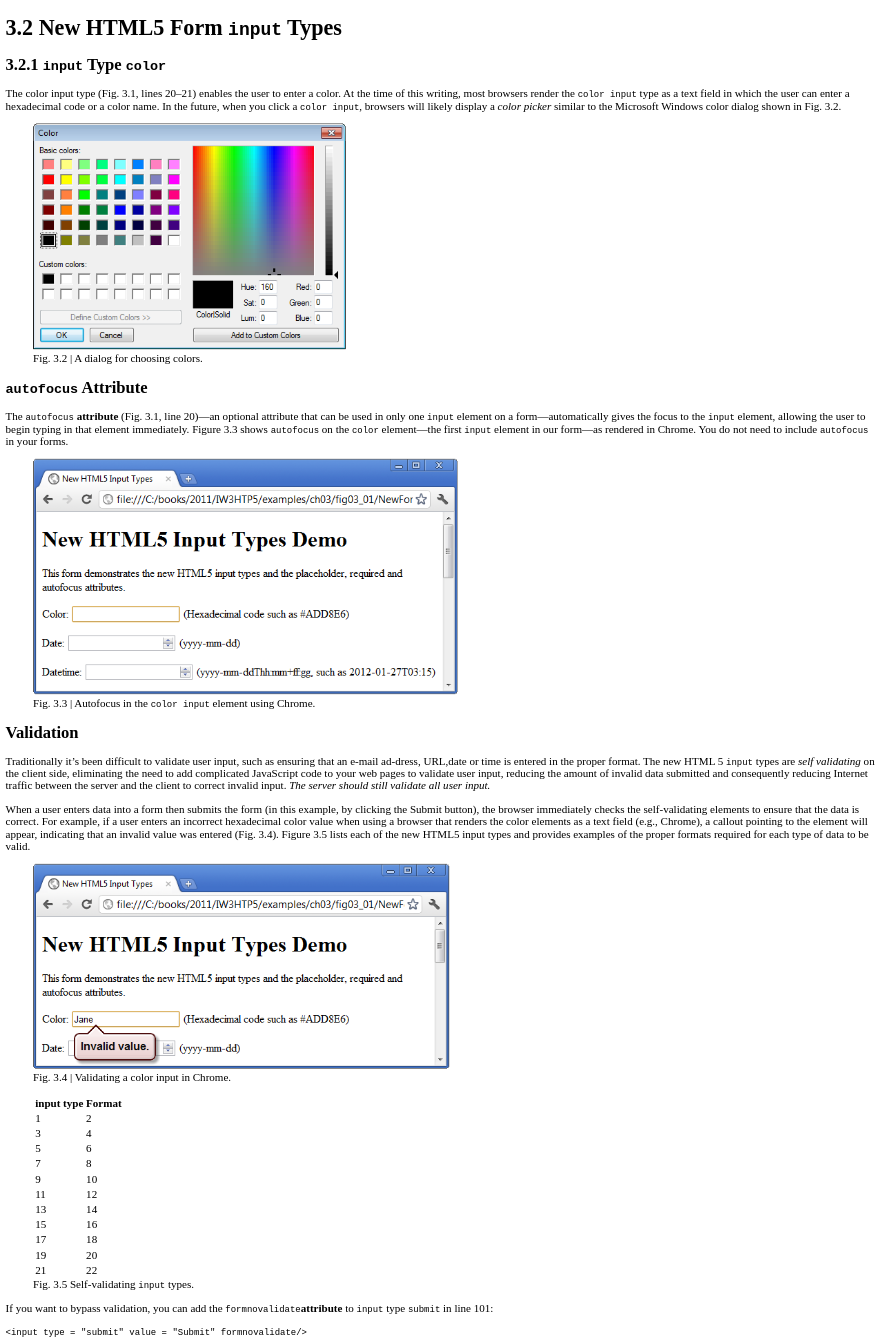
Repository: mlmEFSC21/P4-Textbook-Copy
Page: index.html
An editor plug-in stored every save of this project. The page is shown before and after the next save, followed by the edit.
The browser window is 1280 px wide. The pictures show the whole page, at 69% of full size.

Above is the page before, as saved 2022-02-03 13:10:09.

### index.html
<!DOCTYPE html>
<html lang="en">
    <head>
        <meta charset="UTF-8" />
        <meta http-equiv="X-UA-Compatible" content="IE=edge" />
        <meta name="viewport" content="width=device-width, initial-scale=1.0" />
        <title>Laying Out Book Pages</title>
    </head>
    <header>
        <h1>3.2 New HTML5 Form <code>input</code> Types</h1>
    </header>
    <body>
        <section class="color-input-type">
            <header>
                <h2>3.2.1 <code>input</code> Type <code>color</code></h2>
            </header>
            <p>
                The color input type (Fig. 3.1, lines 20–21) enables the user to enter a color. At
                the time of this writing, most browsers render the <code>color input</code> type as
                a text field in which the user can enter a hexadecimal code or a color name. In the
                future, when you click a <code>color input</code>, browsers will likely display a
                <em>color picker</em> similar to the Microsoft Windows color dialog shown in Fig.
                3.2.
            </p>
            <figure>
                <img src="images\OperaColorInput.png" alt="Microsoft Windows color dialog" />
                <figcaption>Fig. 3.2 | A dialog for choosing colors.</figcaption>
            </figure>
        </section>
        <section class="autofocus-attribute">
            <header>
                <h2><code>autofocus</code> Attribute</h2>
            </header>
            <p>
                The <code>autofocus</code> <strong>attribute</strong> (Fig. 3.1, line 20)—an
                optional attribute that can be used in only one <code>input</code> element on a
                form—automatically gives the focus to the <code>input</code> element, allowing the
                user to begin typing in that element immediately. Figure 3.3 shows
                <code>autofocus</code> on the <code>color</code> element—the first
                <code>input</code> element in our form—as rendered in Chrome. You do not need to
                include <code>autofocus</code> in your forms.
            </p>
            <figure>
                <img
                    src="images\Autofocus.png"
                    alt="web page demo of autofocus on a color input field"
                />
                <figcaption>
                    Fig. 3.3 | Autofocus in the <code>color input</code> element using Chrome.
                </figcaption>
            </figure>
        </section>
        <section class="input-validation">
            <header>
                <h2>Validation</h2>
            </header>
            <p>
                Traditionally it’s been difficult to validate user input, such as ensuring that an
                e-mail ad-dress, URL,date or time is entered in the proper format. The new HTML 5
                <code>input</code> types are <em>self validating</em> on the client side,
                eliminating the need to add complicated JavaScript code to your web pages to
                validate user input, reducing the amount of invalid data submitted and consequently
                reducing Internet traffic between the server and the client to correct invalid
                input. <em>The server should still validate all user input.</em>
            </p>
            <p>
                When a user enters data into a form then submits the form (in this example, by
                clicking the Submit button), the browser immediately checks the self-validating
                elements to ensure that the data is correct. For example, if a user enters an
                incorrect hexadecimal color value when using a browser that renders the color
                elements as a text field (e.g., Chrome), a callout pointing to the element will
                appear, indicating that an invalid value was entered (Fig. 3.4). Figure 3.5 lists
                each of the new HTML5 input types and provides examples of the proper formats
                required for each type of data to be valid.
            </p>
            <figure>
                <img
                    src="images\SelfValidationChrome.png"
                    alt="web page demo of validation preventing a non color input into a color input field"
                />
                <figcaption>Fig. 3.4 | Validating a color input in Chrome.</figcaption>
            </figure>
        </section>
        <section class="self-validating-types">
            <figure>
                <table>
                    <thead>
                        <th>input type</th>
                        <th>Format</th>
                    </thead>
                    <tr>
                        <td>1</td>
                        <td>2</td>
                    </tr>
                    <tr>
                        <td>3</td>
                        <td>4</td>
                    </tr>
                    <tr>
                        <td>5</td>
                        <td>6</td>
                    </tr>
                    <tr>
                        <td>7</td>
                        <td>8</td>
                    </tr>
                    <tr>
                        <td>9</td>
                        <td>10</td>
                    </tr>
                    <tr>
                        <td>11</td>
                        <td>12</td>
                    </tr>
                    <tr>
                        <td>13</td>
                        <td>14</td>
                    </tr>
                    <tr>
                        <td>15</td>
                        <td>16</td>
                    </tr>
                    <tr>
                        <td>17</td>
                        <td>18</td>
                    </tr>
                    <tr>
                        <td>19</td>
                        <td>20</td>
                    </tr>
                    <tr>
                        <td>21</td>
                        <td>22</td>
                    </tr>
                </table>
                <figcaption>Fig. 3.5 Self-validating <code>input</code> types.</figcaption>
            </figure>
            <aside>
                <p>
                    If you want to bypass validation, you can add the <code>formnovalidate</code
                    ><strong>attribute</strong> to <code>input</code> type <code>submit</code> in
                    line 101:
                </p>
                <div>
                    <code>&lt;input type = "submit" value = "Submit" formnovalidate/&gt;</code>
                </div>
            </aside>
        </section>
    </body>
</html>

After the next save:
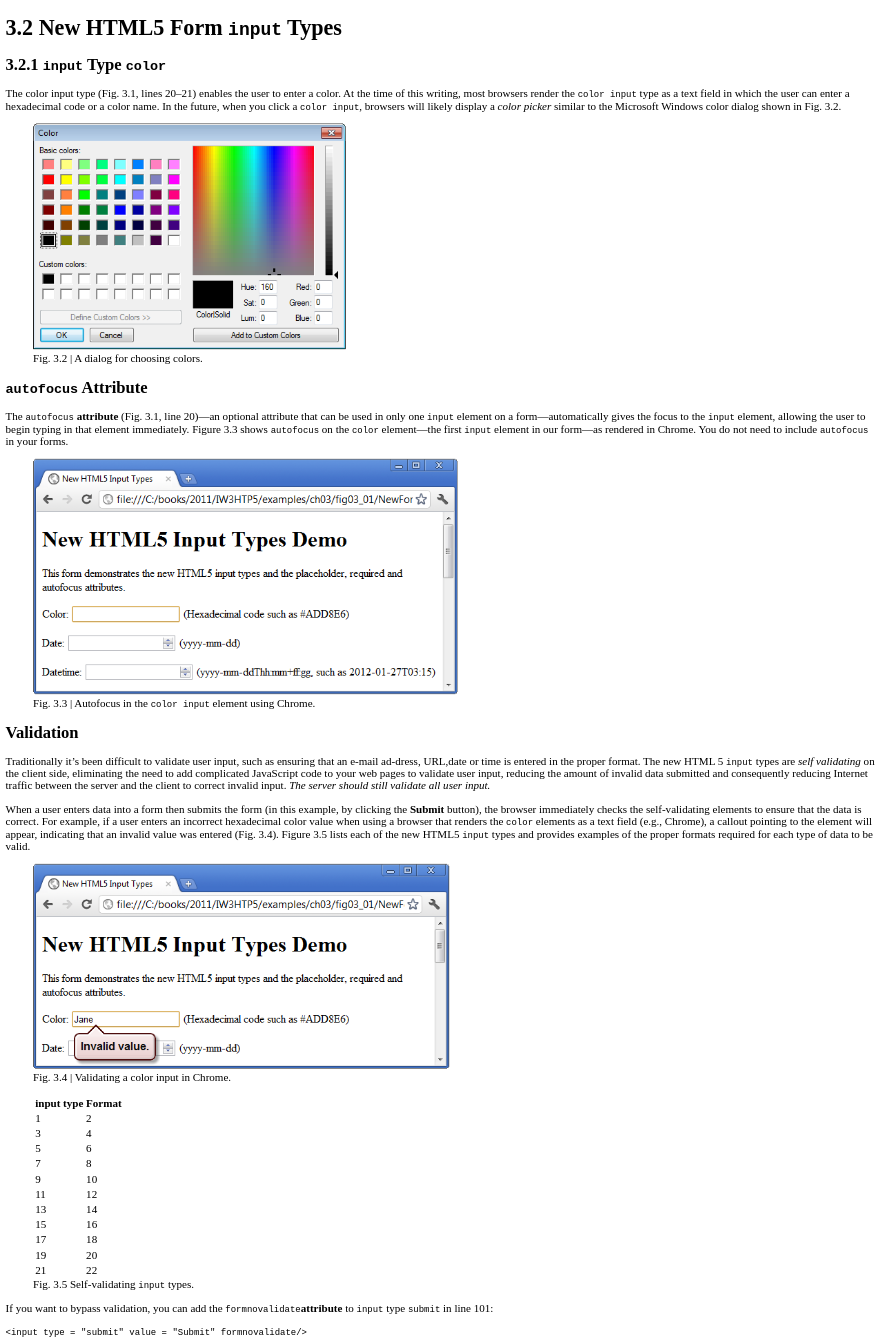
Saved 3 min 58 s later.
--- a/index.html
+++ b/index.html
@@ -65,13 +65,13 @@
             </p>
             <p>
                 When a user enters data into a form then submits the form (in this example, by
-                clicking the Submit button), the browser immediately checks the self-validating
-                elements to ensure that the data is correct. For example, if a user enters an
-                incorrect hexadecimal color value when using a browser that renders the color
-                elements as a text field (e.g., Chrome), a callout pointing to the element will
-                appear, indicating that an invalid value was entered (Fig. 3.4). Figure 3.5 lists
-                each of the new HTML5 input types and provides examples of the proper formats
-                required for each type of data to be valid.
+                clicking the <strong>Submit</strong> button), the browser immediately checks the
+                self-validating elements to ensure that the data is correct. For example, if a user
+                enters an incorrect hexadecimal color value when using a browser that renders the
+                <code>color</code> elements as a text field (e.g., Chrome), a callout pointing to
+                the element will appear, indicating that an invalid value was entered (Fig. 3.4).
+                Figure 3.5 lists each of the new HTML5 <code>input</code> types and provides
+                examples of the proper formats required for each type of data to be valid.
             </p>
             <figure>
                 <img
